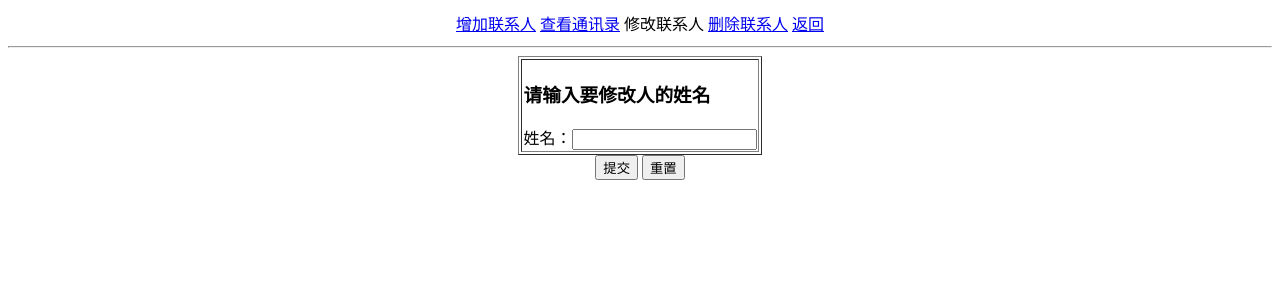
Repository: zy840055899/old-workspace
Page: http://localhost/PIMS/friendManager/updateFriend.jsp
These files come from the project's save history. The page is drawn as it stood at one moment and after the next save; the edit follows.
The browser window is 1280 px wide. The pictures show the whole page.
The page is served by Tomcat 9. Other server files are loaded and not shown.

Above is the page before, as saved 2014-03-16 01:26:52.

### PIMS/WebContent/friendManager/updateFriend.jsp
<%@ page language="java" contentType="text/html; charset=UTF-8"
    pageEncoding="UTF-8"%>
<!DOCTYPE html PUBLIC "-//W3C//DTD HTML 4.01 Transitional//EN" "http://www.w3.org/TR/html4/loose.dtd">
<html>
<head>
<meta http-equiv="Content-Type" content="text/html; charset=UTF-8">
<title>个人信息管理系统--修改通讯录</title>
</head>
<body>

<center>

<table>

<tr>
<td><a href="http://localhost:8080/PIMS/friendManager/addFriend.jsp">增加联系人</a></td>
<td><a href="http://localhost:8080/PIMS/friendManager/lookFriend.jsp">查看通讯录</a></td>
<td>修改联系人</td>
<td><a href="http://localhost:8080/PIMS/friendManager/deleteFriend.jsp">删除联系人</a></td>
<td><a href="http://localhost:8080/PIMS/main/main.jsp">返回</a></td>
</tr>

</table><hr>

<form action="http://localhost:8080/PIMS/UpdateFriendServlet">

<table border="1">

<tr>
<td>
<h3>请输入要修改人的姓名</h3>
姓名：<input type="text" name="friendName">
</td>
</tr>

</table>

<input type="submit" value="提交">
<input type="reset" value="重置">

</form>













</center>


</body>
</html>

After the next save:
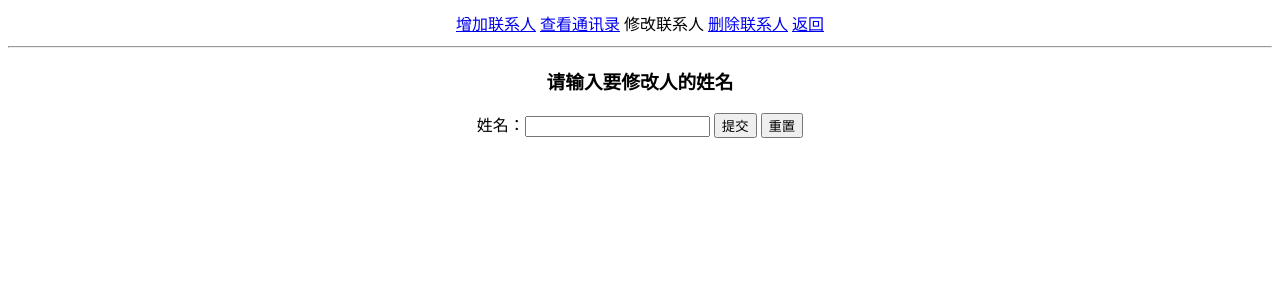
Saved 20 s later.
--- a/PIMS/WebContent/friendManager/updateFriend.jsp
+++ b/PIMS/WebContent/friendManager/updateFriend.jsp
@@ -24,16 +24,10 @@
 
 <form action="http://localhost:8080/PIMS/UpdateFriendServlet">
 
-<table border="1">
 
-<tr>
-<td>
 <h3>请输入要修改人的姓名</h3>
 姓名：<input type="text" name="friendName">
-</td>
-</tr>
 
-</table>
 
 <input type="submit" value="提交">
 <input type="reset" value="重置">
